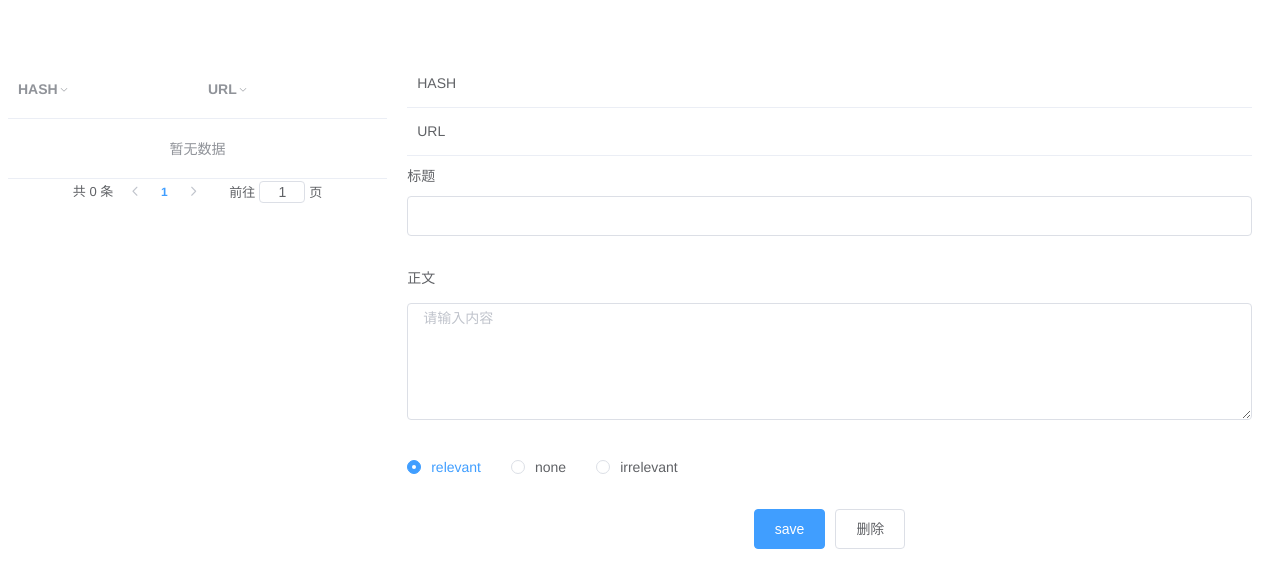
Repository: NicoleGX/TI
Page: /
The author's editor kept a copy of each file at every save. The page is drawn from the files as they stood at one save, then again after the next save.
The browser window is 1280 px wide. The pictures show the whole page.
The page's requests for data from a server got no answer. The project was rebuilt for these pictures with package versions that can differ from the ones it lists, and the page was loaded fresh each time. No one was signed in, and anything a server would have sent is missing.

Above is the page before, as saved 2019-05-30 17:48:41.

### index.html
<!DOCTYPE html>
<html>
  <head>
    <meta charset="utf-8">
    <meta name="viewport" content="width=device-width,initial-scale=1.0">
    <title>cyberti</title>
  </head>
  <body>
    <div id="app"></div>
    <!-- built files will be auto injected -->
  </body>
</html>

### src/main.js
import Vue from 'vue'
import App from './App'
import toastr from 'toastr'
import 'toastr/build/toastr.min.css'
import axios from 'axios'
import router from './router'
import ElementUI from 'element-ui'
import 'element-ui/lib/theme-chalk/index.css'

Vue.use(ElementUI)
Vue.prototype.$http = axios
Vue.prototype.toastr = toastr

toastr.options = {
  'closeButton': true,
  'debug': false,
  'newestOnTop': false,
  'progressBar': false,
  'positionClass': 'toast-top-right',
  'preventDuplicates': false,
  'onclick': null,
  'showDuration': '300',
  'hideDuration': '1000',
  'timeOut': '3000',
  'extendedTimeOut': '1000',
  'showEasing': 'swing',
  'hideEasing': 'linear',
  'showMethod': 'fadeIn',
  'hideMethod': 'fadeOut'
}

Vue.filter('castsToString', (casts) => {
  return casts.map(item => {
    console.log(item.name)
    return item.name
  })
})

/* eslint-disable no-new */
new Vue({
  created () {
    toastr.success('启动成功!')
  },
  router,
  render: h => h(App)
}).$mount('#app')

### src/router/index.js
import Vue from 'vue'
import Router from 'vue-router'
import TextClassification from '@/views/TextClassification'

Vue.use(Router)

export default new Router({
  routes: [
    {
      path: '/',
      name: 'TextClassification',
      component: TextClassification
    }
  ]
})

### src/views/TextClassification.vue
<template>
  <el-container>
    <el-aside style="width: 30%">
      <!-- 左侧的hash-url列表 -->
      <el-table
        :data="tableData"
        style="width: 100%"
        :row-class-name="tableRowClassName"
        @cell-click="onCellClick">
        <el-table-column
          prop="hash"
          label="HASH"
          :filters="[{text: 'edited', value: true}, {text: 'unedited', value: false}]"
          :filter-method="filterEdit">
        </el-table-column>
        <el-table-column
          prop="url"
          label="URL"
          :filters="[{text: 'use', value: true}, {text: 'useless', value: false}]"
          :filter-method="filterUse">
          <template slot-scope="scope">
            <a :href=scope.row.url
              target="_black"
              class="buttonText">{{scope.row.url}}</a>
          </template>
        </el-table-column>
      </el-table>
      <!-- 分页 -->
      <div class="block">
        <el-pagination
          @size-change="handleSizeChange"
          @current-change="handleCurrentChange"
          :current-page.sync="currentPage"
          :page-size="pagesize"
          layout="total, prev, pager, next, jumper"
          :total="pages_total"
          :pager-count="5"
          small>
        </el-pagination>
      </div>
    </el-aside>

    <el-main style="width: 70%;padding-top: 0;padding-bottom: 0;">
      <el-table
        :data="formData"
        :show-header="false"
        style="width: 100%">
        <el-table-column
          prop="label"
          label="label"
          width="80"></el-table-column>
        <el-table-column
          prop="value"
          label="value"></el-table-column>
      </el-table>
      <el-form ref="form" :model="form">
        <el-form-item label="标题">
          <el-input v-model="form.title" @input="title_change"></el-input>
        </el-form-item>
        <el-form-item label="正文">
          <el-input
            type="textarea"
            :autosize="{ minRows: 5, maxRows: 15}"
            placeholder="请输入内容"
            v-model="form.text"
            style="margin: 5px 0;">
          </el-input>
        </el-form-item>
        <el-form-item style="text-align: left;">
          <el-radio v-model="form.relevant" label="relevant" name="type"></el-radio>
          <el-radio v-model="form.relevant" label="none" name="type"></el-radio>
          <el-radio v-model="form.relevant" label="irrelevant" name="type"></el-radio>
        </el-form-item>
        <el-button type="primary" v-if="has_edit" disabled>save</el-button>
        <el-button type="primary" @click="onSubmit" v-else>save</el-button>
        <el-button v-if="has_edit" disabled>删除</el-button>
        <el-button @click="delect" v-else>删除</el-button>
      </el-form>
    </el-main>

  </el-container>
</template>

<script>
export default {
  name: 'textclassfication',
  created () {
    // get pages document and count
    this.getPages()
  },
  methods: {
    tableRowClassName({row, rowIndex}) {
      if (row['use'] === false) {
        return 'info-row'
      }
      else if (row['has_edit']) {
        return 'success-row';
      } else {
        return 'warning-row';
      }
      return '';
    },
    onCellClick(row, column, cell, event) {  // 加载右侧待编辑数据
      // console.log(row)
      this.formData[0]['value'] = row['hash']
      this.formData[1]['value'] = row['url']
      this.form.title = row['title']
      this.form.text = row['text']
      this.form.relevant = row['relevant']
      this.form.hash = row['hash']
      this.has_edit = row['has_edit']
    },
    filterEdit(value, row) {
      return row.has_edit === value
    },
    filterUse(value, row) {
      return row.use === value
    },
    getPages () {
      this.$http.post('/api/pages', {
        current: this.currentPage,
        pagesize: this.pagesize
      })
      .then(res => {
        // console.log(res.data)
        this.pages_total = res.data['count']
        this.tableData = res.data['doc']
      })
      .catch(err => {
        this.toastr.error(`${err.message}`, 'ERROR!')
        console.log(err)
      })
    },
    handleSizeChange(val) {
      console.log(`每页 ${val} 条`);
    },
    handleCurrentChange(val) {
      console.log(`当前页: ${val}`);
      this.currentPage = val
      this.getPages()
      this.clearnForm()
    },
    clearnForm() {
      this.formData[0]['value'] = ''
      this.formData[1]['value'] = ''
      this.form = {
        hash: '',
        title: '',
        text: '',
        relevant: 'relevant'
      }
    },
    title_change() {
      if (this.form.title) {
        // 查询该标题是否已存在
        this.$http.post('/api/title_exists', {
          title: this.form.title
        })
        .then(r => {
          console.log(r)
        })
      }
    },
    onSubmit() {
      // 提交数据
      this.$http.post('/api/edit_pages', {
        form: this.form
      })
      .then(r => {
        this.toastr.success('提交成功')
        this.clearnForm()
        this.getPages()
      })
      .catch(err => {
        this.toastr.error(`${err.message}`, 'ERROR!')
        console.log(err)
      })
    },
    delect() {
      this.$http.post('/api/delect_pages', {
        hash: this.form.hash
      })
      .then(res => {
        this.toastr.success('操作成功')
        this.clearnForm()
        this.getPages()
      })
      .catch(err => {
        this.toastr.error(`${err.message}`, 'ERROR!')
        console.log(err)
      })
    }
  },
  data() {
    return {
      tableData: [],
      formData: [{
        label: 'HASH',
        value: ''
      },{
        label: 'URL',
        value: ''
      }],
      form: {
        hash: '',
        title: '',
        text: '',
        relevant: 'relevant'
      },
      currentPage: 1,
      pagesize: 10,
      pages_total: 0,
      has_edit: false
    }
  }
}
</script>

<style>
.el-table .warning-row {
  background: #fff;
}

.el-table .success-row {
  background: #f0f9eb;
}
.el-table .info-row {
  background: #f2f6fc;
}
</style>

Loaded but not shown: src/App.vue (common file)

After the next save:
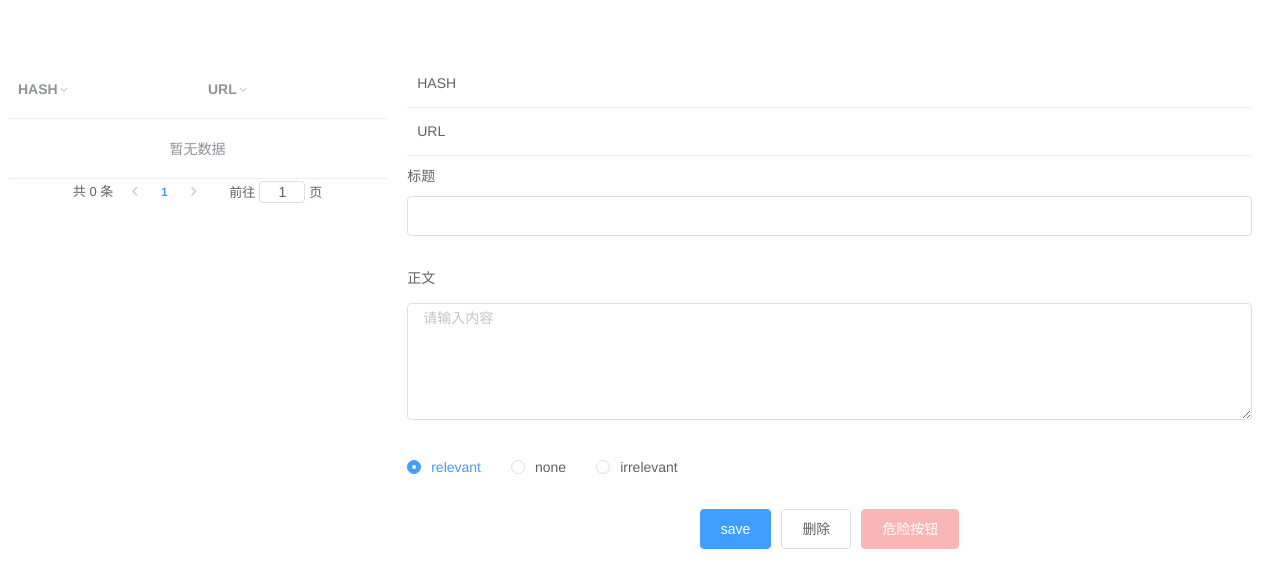
Saved 89 s later.
--- a/src/views/TextClassification.vue
+++ b/src/views/TextClassification.vue
@@ -75,6 +75,8 @@
         <el-button type="primary" @click="onSubmit" v-else>save</el-button>
         <el-button v-if="has_edit" disabled>删除</el-button>
         <el-button @click="delect" v-else>删除</el-button>
+        <el-button type="danger" v-if="has_edit">危险按钮</el-button>
+        <el-button type="danger" v-else disabled>危险按钮</el-button>
       </el-form>
     </el-main>
 
